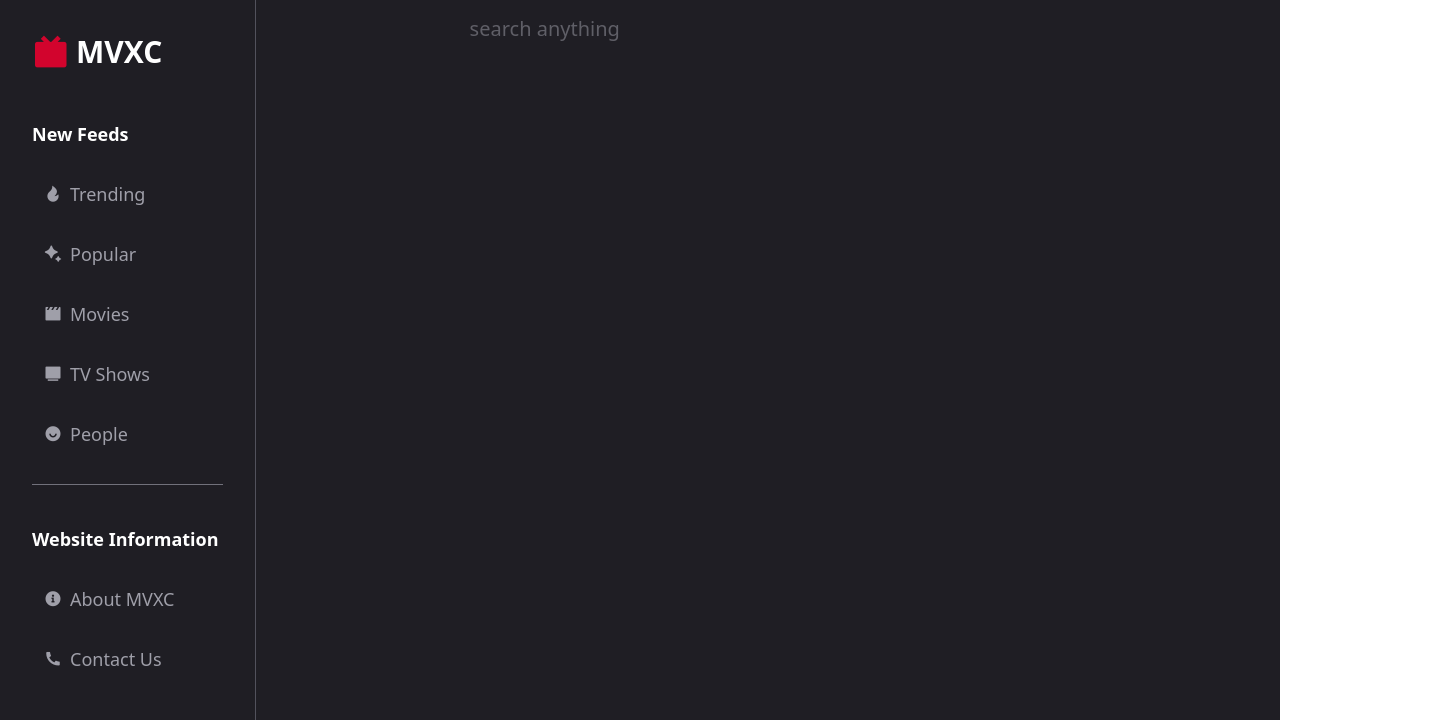
Repository: Csiddharth7906/MovieAppUpdatedVersion
Page: / (app in MVXC-MovieWebApplication/)
The author's editor kept a copy of each file at every save. The page is drawn from the files as they stood at one save, then again after a run of saves.
The browser window is 1280 px wide. The page is 1434 px wide, then 1280 px, then 1434 px, so the pictures cover 1434 px, including what lies to the right of the window. The pictures show the whole page.
The page's requests for data from a server got no answer. Some web libraries are served in a nearby version. The project was rebuilt for these pictures with package versions that can differ from the ones it lists, and the page was loaded fresh each time. No one was signed in, and anything a server would have sent is missing. Also part of the build but not shown: MVXC-MovieWebApplication/vite.config.js.

Above is the page before, as saved 2025-06-17 11:06:37.

### MVXC-MovieWebApplication/index.html
<!doctype html>
<html lang="en">
  <head>
    <meta charset="UTF-8" />
    <link rel="icon" type="image/svg+xml" href="/tv-fill.svg" />
    <meta name="viewport" content="width=device-width, initial-scale=1.0" />
    <title>MVXC | Movie App</title>
    <link
      href="https://cdn.jsdelivr.net/npm/remixicon@4.5.0/fonts/remixicon.css"
      rel="stylesheet"
    />
  </head>
  <body>
    <div id="root"></div>
    <script type="module" src="/src/main.jsx"></script>
  </body>
</html>

### MVXC-MovieWebApplication/src/main.jsx
import { StrictMode } from "react";
import { createRoot } from "react-dom/client";
import "./index.css";
import App from "./App.jsx";
import { BrowserRouter } from "react-router-dom";

createRoot(document.getElementById("root")).render(
  <BrowserRouter>
    <App />
  </BrowserRouter>,
);

### MVXC-MovieWebApplication/src/index.css
@import "tailwindcss";

/* primary - #1F1E24
secondry - #D2042D */

::-webkit-scrollbar {
  width: 7px;
  height: 7px;
}
::-webkit-scrollbar-thumb {
  background-color: #161618;
  border-radius: 40px;
}
::-webkit-scrollbar-thumb {
  background-color: #161618;
  border-radius: 40px;
}

::-webkit-scrollbar-thumb:hover {
  background-color: #6556cd;
  border-radius: 40px;
}

### MVXC-MovieWebApplication/src/App.jsx
import { Route, Routes } from "react-router-dom";
import Home from "./components/Home";

const App = () => {
  return (
    <div className="bg-[#1F1E24] flex w-screen h-screen">
      <Routes>
        <Route path="/" element={<Home />}></Route>
      </Routes>
    </div>
  );
};

export default App;

### MVXC-MovieWebApplication/src/components/Home.jsx
import React from "react";
import Sidenav from "../templates/Sidenav";

import Topnav from "../templates/Topnav";

const Home = () => {
  document.title = "MVXC | HomePage";
  return (
    <>
      <Sidenav />
      <div className="w-[80%] h-full ">
        <Topnav />
      </div>
    </>
  );
};

export default Home;

### MVXC-MovieWebApplication/src/templates/Sidenav.jsx
import axios from "../utils/axios";
import React, { useEffect } from "react";
import { Link } from "react-router-dom";

const Sidenav = () => {

  return (
    <div className="w-[20%] h-full border-r border-zinc-600 p-8 bg-[#1F1E24]">
      {/* Logo */}
      <h1 className="text-3xl text-white font-bold flex items-center mb-8">
        <i className="text-[#D2042D] ri-tv-fill mr-2 text-4xl"></i>
        MVXC
      </h1>

      {/* New Feeds */}
      <nav className="text-zinc-400 text-lg flex flex-col gap-2">
        <h2 className="text-white font-semibold mt-4 mb-3">New Feeds</h2>
        <Link className="hover:bg-[#D2042D] hover:text-white rounded-md transition duration-200 p-3 flex items-center">
          <i className="mr-2 ri-fire-fill"></i> Trending
        </Link>
        <Link className="hover:bg-[#D2042D] hover:text-white rounded-md transition duration-200 p-3 flex items-center">
          <i className="mr-2 ri-bard-fill"></i> Popular
        </Link>
        <Link className="hover:bg-[#D2042D] hover:text-white rounded-md transition duration-200 p-3 flex items-center">
          <i className="mr-2 ri-clapperboard-fill"></i> Movies
        </Link>
        <Link className="hover:bg-[#D2042D] hover:text-white rounded-md transition duration-200 p-3 flex items-center">
          <i className="mr-2 ri-tv-2-fill"></i> TV Shows
        </Link>
        <Link className="hover:bg-[#D2042D] hover:text-white rounded-md transition duration-200 p-3 flex items-center">
          <i className="mr-2 ri-user-smile-fill"></i> People
        </Link>
      </nav>

      <hr className="border-none h-[1px] bg-zinc-500 my-6" />

      {/* Website Information */}
      <nav className="text-zinc-400 text-lg flex flex-col gap-2">
        <h2 className="text-white font-semibold mt-4 mb-3">
          Website Information
        </h2>
        <Link className="hover:bg-[#D2042D] hover:text-white rounded-md transition duration-200 p-3 flex items-center">
          <i className="mr-2 ri-information-2-fill"></i> About MVXC
        </Link>
        <Link className="hover:bg-[#D2042D] hover:text-white rounded-md transition duration-200 p-3 flex items-center">
          <i className="mr-2 ri-phone-fill"></i> Contact Us
        </Link>
      </nav>
    </div>
  );
};

export default Sidenav;

### MVXC-MovieWebApplication/src/templates/Topnav.jsx
import React, { useState } from "react";
import { Link } from "react-router-dom";

const Topnav = () => {
  const [query, setquery] = useState("");
  console.log(query)
  return (
    <div className="w-full h-[8vh] relative flex justify-start ml-[15%] items-center">
      <i classname="text-zinc-400 text-3xl ri-search-line"></i>
      <input
        onChange={(e)=> setquery(e.target.value)}
        value={query}
        className="w-[50%] p-5 text-xl outline-none border-none bg-transparent text-zinc-400  mx-10"
        type="text"
        placeholder="search anything"
      />
      {query.length >0 &&(

        <i onClick={()=>{setquery("")}} classname="text-zinc-400 text-3xl ri-close-fill"></i>
      )}

      <div className="w-[50%] max-h-[50vh] bg-zinc-200 absolute top-[90%] overflow-auto rounded-lg">
        {/* <Link className="w-[100%] font-semibold hover:text-black hover:bg-zinc-300 duration-300 text-zinc-600  p-10 flex justify-start items-center border-b-2 border-zinc-100">
          <img src="" className="" alt="" />
          <span>Hello Everyone</span>
        </Link> */}
      </div>
    </div>
  );
};

export default Topnav;

### MVXC-MovieWebApplication/src/utils/axios.jsx
import axios from "axios";

const instance = axios.create({
    baseURL:"https://api.themoviedb.org/3/",
    headers: {
    accept: 'application/json',
    Authorization: 'Bearer eyJhbGciOiJIUzI1NiJ9.eyJhdWQiOiI2YmFiZDQ4MGI0MjI1N2Y4ZWI4YjZmYjAyNmYyZGRlYSIsIm5iZiI6MTc1MDEzNzQ0OS44NDUsInN1YiI6IjY4NTBmYTY5OGUwMjhhNDFjYjA2NWMzOSIsInNjb3BlcyI6WyJhcGlfcmVhZCJdLCJ2ZXJzaW9uIjoxfQ.SGWaaRsbBLhCYn1WiiL70oCwKAwxRG52mWei7BZzsAk'
    }
})

export default instance;

After the next 2 saves:
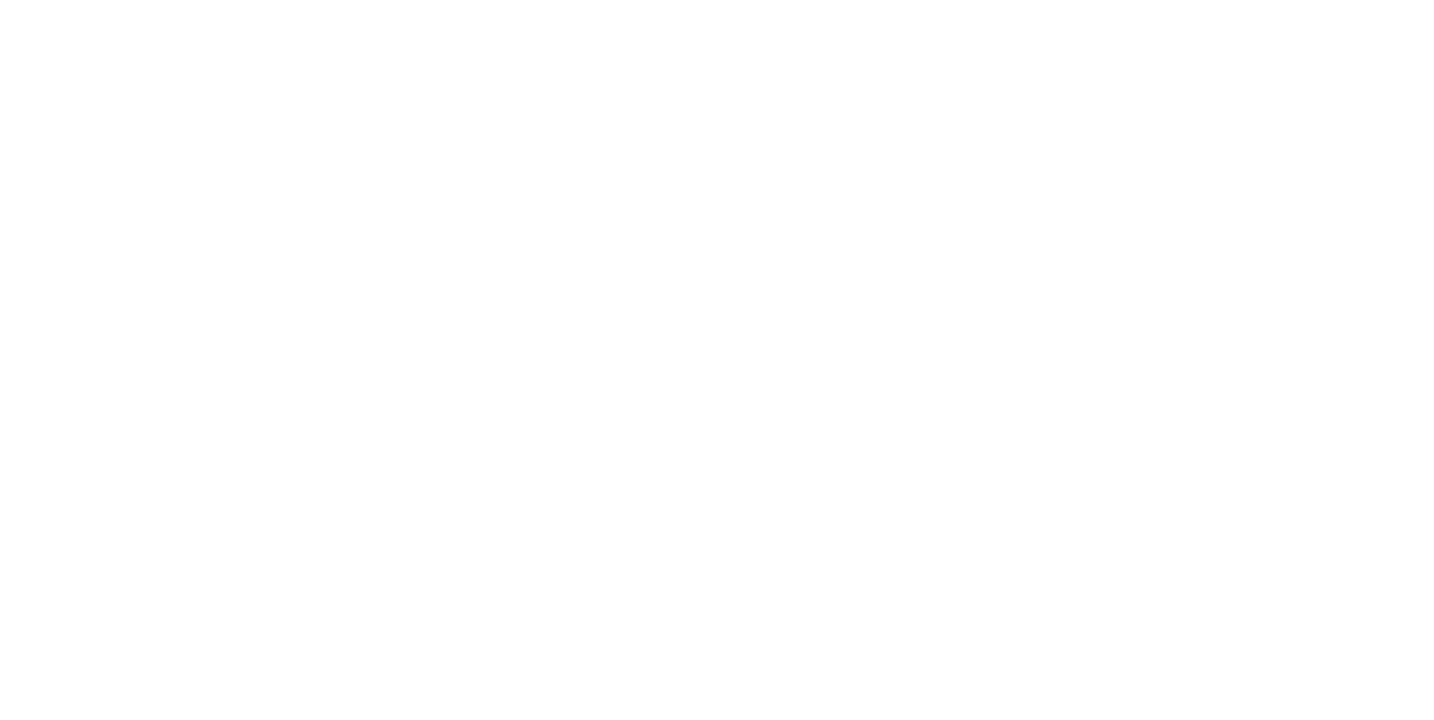
Console error: ReferenceError: useEffect is not defined
The 2 saves are shown as one change because they came seconds apart.
The last was saved 8 s later.
--- a/MVXC-MovieWebApplication/src/templates/Topnav.jsx
+++ b/MVXC-MovieWebApplication/src/templates/Topnav.jsx
@@ -4,6 +4,18 @@ import { Link } from "react-router-dom";
 const Topnav = () => {
   const [query, setquery] = useState("");
   console.log(query)
+     const GetSerches = async()=>{
+    try {
+      const d= await axios.get("/search/multi?query={query}");
+      console.log(d)
+    } catch (error) {
+      console.log("Errror :",error)
+    }
+   };
+   useEffect
+   (()=>{
+      GetSerches();
+   },[])
   return (
     <div className="w-full h-[8vh] relative flex justify-start ml-[15%] items-center">
       <i classname="text-zinc-400 text-3xl ri-search-line"></i>

After the 2 saves that followed:
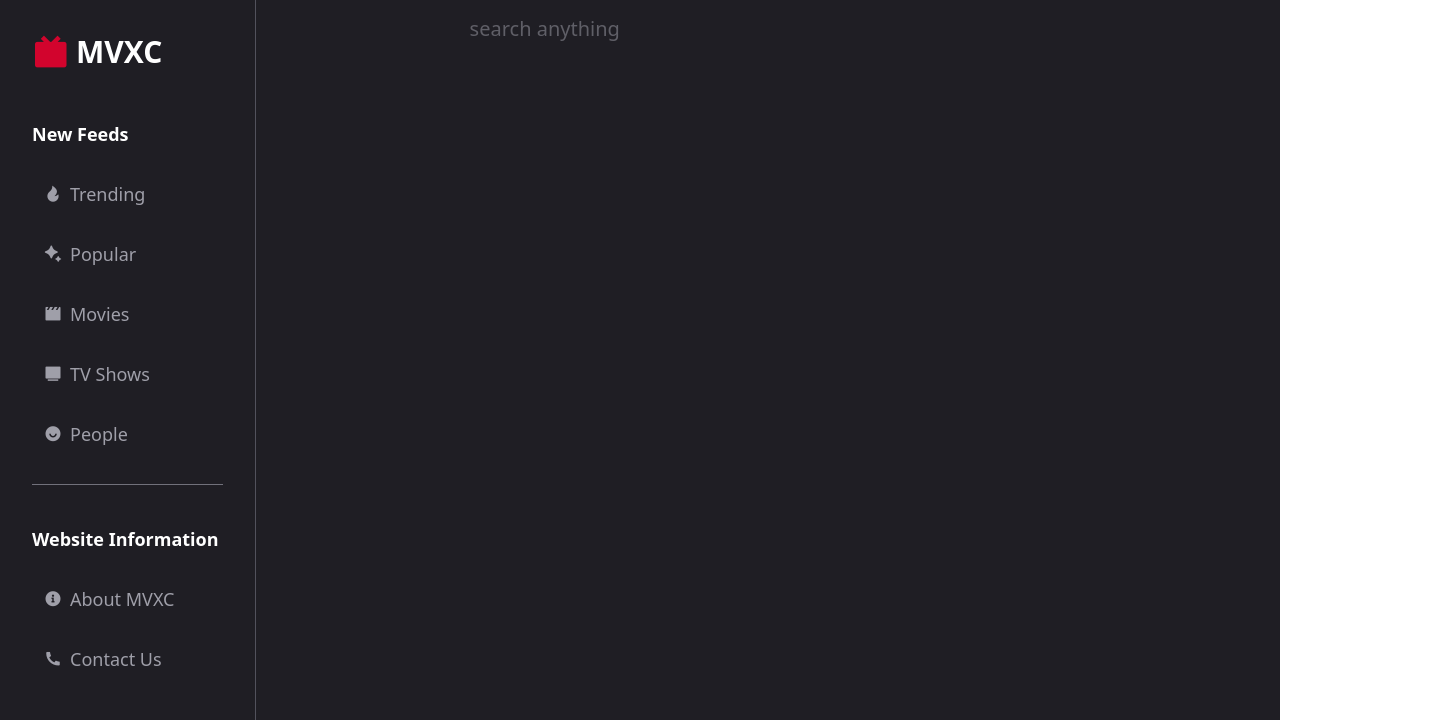
The error is gone.
The 2 saves are shown as one change because they came seconds apart.
The last was saved 10 s later.
--- a/MVXC-MovieWebApplication/src/templates/Topnav.jsx
+++ b/MVXC-MovieWebApplication/src/templates/Topnav.jsx
@@ -1,4 +1,5 @@
-import React, { useState } from "react";
+import axios from "axios";
+import React, { useEffect, useState } from "react";
 import { Link } from "react-router-dom";
 
 const Topnav = () => {
